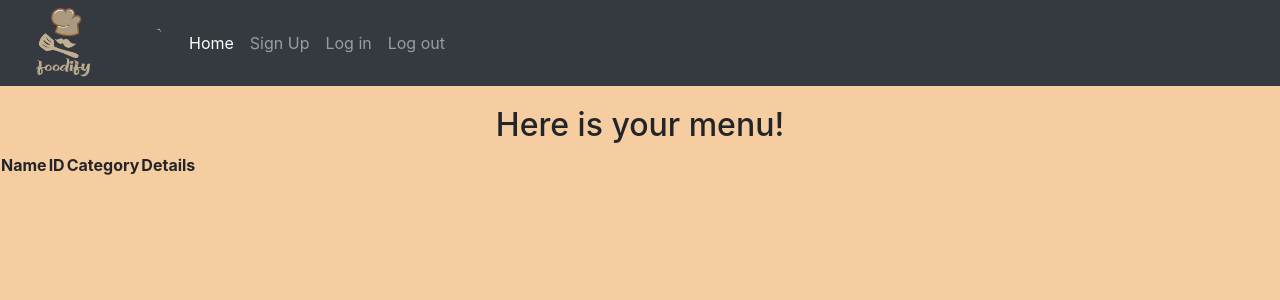
Repository: RanaHisham18/Foodify-Web-App
Page: Project IA raghda/usermenu.html
These files come from the project's save history. The page is drawn as it stood at one moment and after a run of saves; the edit follows.
The browser window is 1280 px wide. The pictures show the whole page.

Above is the page before, as saved 2022-01-06 18:22:53.

### Project IA raghda/usermenu.html
<!DOCTYPE html>
<html lang="en">
<head>
    <meta charset="UTF-8">
    <meta http-equiv="X-UA-Compatible" content="IE=edge">
    <meta name="viewport" content="width=device-width, initial-scale=1.0">
    <link rel="stylesheet" href="https://maxcdn.bootstrapcdn.com/bootstrap/4.0.0/css/bootstrap.min.css"
     integrity="sha384-Gn5384xqQ1aoWXA+058RXPxPg6fy4IWvTNh0E263XmFcJlSAwiGgFAW/dAiS6JXm" crossorigin="anonymous">
     <link rel ="stylesheet" href="usermenu.css">
    <title>Document</title>
</head>
<body>
    <!--Navigation Bar-->
 <nav class="navbar navbar-expand-lg navbar-dark bg-dark sticky-top">
    <img class="image" src="images/foodify.png" alt="Foodify logo">

       <button class="navbar-toggler" type="button" data-bs-toggle="collapse" data-bs-target="#navbarScroll" aria-controls="navbarScroll" aria-expanded="false" aria-label="Toggle navigation">
         <span class="navbar-toggler-icon"></span>
       </button>
     <div class="container-fluid">
         <div class="collapse navbar-collapse" id="navbarScroll">
           <ul class="navbar-nav me-auto my-2 my-lg-0 navbar-nav-scroll" style="--bs-scroll-height: 100px;">
             <li class="nav-item">
               <a class="nav-link active" aria-current="page" href="home.php">Home</a>
             </li>
             <li class="nav-item">
               <a class="nav-link" href="register.php">Sign Up</a>
             </li>
             <li class="nav-item">
               <a class="nav-link" href="login.php">Log in</a>
             </li>
             <li class="nav-item">
               <a class="nav-link" href="login.php">Log out</a>

             </li>
           </ul>

         </div>
       </div>
   </nav>

   <h2>Here is your menu!</h2>

   <table>
<tr>
    <th>Name</th>
    <th>ID</th>
    <th>Category</th>
    <th>Details</th>
</tr>

   </table>
</body>
</html>

### Project IA raghda/usermenu.css
.image{
    cursor: pointer;
    height:70px;
     width:130px;
    margin-left: 20px;
  }
  .scroll{
      margin-top:200px;
      margin-left:50px;
  }
body
{
    background-color: #f5cda0;
}
h2{
    text-align: center;
    margin-top:  20px;
}

After the next 2 saves:
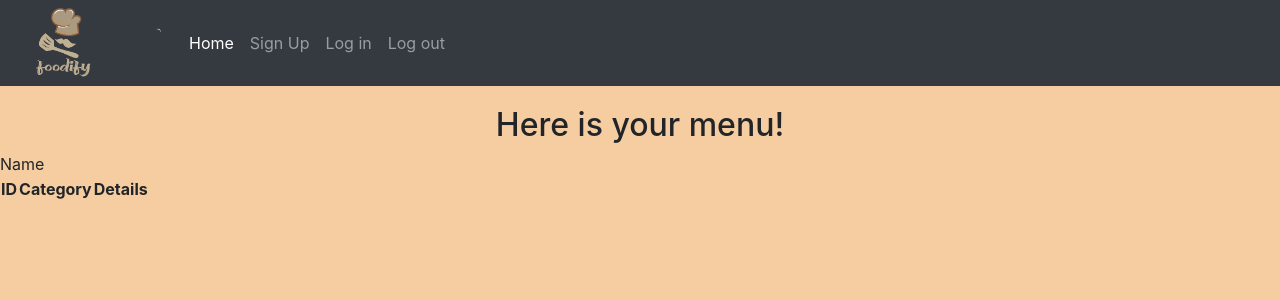
The 2 saves are shown as one change because they came seconds apart.
The last was saved 22 s later.
--- a/Project IA raghda/usermenu.html
+++ b/Project IA raghda/usermenu.html
@@ -43,7 +43,7 @@
 
    <table>
 <tr>
-    <th>Name</th>
+    <tr>Name</tr>
     <th>ID</th>
     <th>Category</th>
     <th>Details</th>
